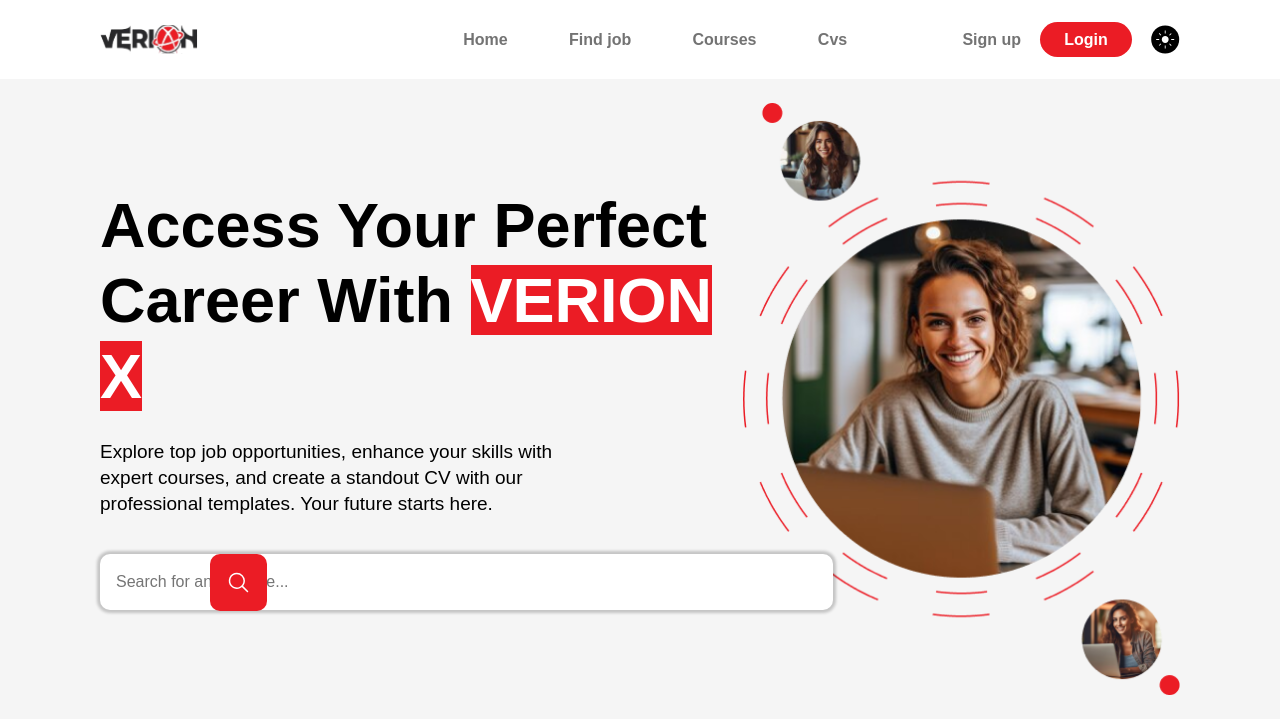
Repository: SahMenz/verionX
Page: /
The author's editor kept a copy of each file at every save. The page is drawn from the files as they stood at one save, then again after a run of saves.
The browser window is 1280 px wide. The pictures show the whole page.
The project was rebuilt for these pictures with package versions that can differ from the ones it lists, and the page was loaded fresh each time. Also part of the build but not shown: vite.config.js.

Above is the page before, as saved 2024-06-14 15:10:00.

### src/App.jsx
import './App.css'
import Home from './components/home/home'
import 'bootstrap/dist/css/bootstrap.min.css';

function App() {

  return (
    <>
      <div>
          <Home />
      </div>
    </>
  )
}

export default App

### src/index.css
button{
    outline: none;
    border: none;
  }

  input{
    border: none;
    outline: none;
  }

### src/App.css
*, *::before, *::after{
  padding: 0px;
  margin: 0px;
  box-sizing: border-box;
  font-family: "Rubik", sans-serif;
}
/* #root {
  max-width: 1280px;
  margin: 0 auto;
  padding: 2rem;
  text-align: center;
} */


/* BACKGROUND COLORS */

.bg-f5{
  background-color: #F5F5F5;
}
.bg-eb{
  background-color: #EB1C25;
}
.bg-ff{
  background-color: #fff;
}
.bg-d9{
  background-color: #D9D9D9;
  opacity: 20%;
}
.bg-00{
  background-color: #000;
}


/* FONT SIZES */

.txt-11{
  font-size: 11px;
}
.txt-13{
  font-size: 13px;
}
.txt-16{
  font-size: 16px;
}
.txt-19{
  font-size: 19px;
}
.txt-23{
  font-size: 23px;
}
.txt-45{
  font-size: 45px;
}
.txt-63{
  font-size: 63px;
}


/* TEXT COLOR */

.txt-eb{
  color:#EB1C25
}
.txt-f3{
  color: #737373
}
.txt-ff{
  color:#fff
}
.txt-00{
  color: #000;
}


/* FONT WEIGHT */

.fw-400{
  font-weight: 400;
}
.fw-500{
  font-weight: 500;
}
.fw-600{
  font-weight: 600;
}


/* LINE HEIGHT */

.lh-19{
  line-height: 19.2px;
}
.lh-75{
  line-height: 75.6px;
}
.lh-26{
  line-height: 26.38px;
}
.lh-22{
  line-height: 22.8px;
}
.lh-27{
  line-height: 27.6px;
}
.lh-15{
  line-height: 15.89px;
}
.lh-13{
  line-height: 13.2px;
}
.lh-54{
  line-height: 54px;
}
.lh-34{
  line-height: 34.5px;
}
.lh-67{
  line-height: 67.5px;
}
.lh-32{
  line-height: 32.2px;
}
.lh-18{
  line-height: 18.96px;
}

### src/components/home/home.jsx
import Navigation from "../navigation/navigation"
import Hero from "./hero/hero"

function Home() {
  return (
    <div >
        <Navigation />
        <Hero />
    </div>
  )
}

export default Home

### src/components/navigation/navigation.jsx
import logo from '../../assets/images/logo.svg'
import CustomSvg from '../customSvg/customSvg'
import './navigation.css'


function Navigation() {

  return (
    <div className="d-flex justify-content-between navContainer">
        <img src={logo} alt="" />
        <div className='d-none d-lg-flex navigationLink justify-content-between align-items-center'>
          <div className='d-flex justify-content-between align-items-center links'>
            <a href="#" className='small-txt lh-19 fw-600 text-decoration-none txt-f3'>Home</a>
            <a href="#" className='small-txt lh-19 fw-600 text-decoration-none txt-f3'>Find job</a>
            <a href="#" className='small-txt lh-19 fw-600 text-decoration-none txt-f3'>Courses</a>
            <a href="#" className='small-txt lh-19 fw-600 text-decoration-none txt-f3'>Cvs</a>
          </div>
          <div className='d-flex justify-content-between align-items-center switchmode'>
            <a href="#" className='small-txt lh-19 fw-600 text-decoration-none txt-f3'>Sign up</a>
            <a href="#" className='small-txt lh-19 fw-600 text-decoration-none txt-ff bg-eb px-4 py-2 rounded-5'>Login</a>
            <CustomSvg name="switchModes" className="cursor-pointer"/>
          </div>
        </div>
        <div className=' d-lg-none cursor-pointer' style={{width: "40px", height: "40px", display: 'flex', flexDirection: 'column', alignItems: "center", justifyContent: "center", gap: "5px"}}>
          <div style={{width : "30px", height:"3px", backgroundColor : 'black' }}></div>
          <div style={{width : "30px", height:"3px", backgroundColor : 'black' }}></div>
          <div style={{width : "30px", height:"3px", backgroundColor : 'black' }}></div>
        </div>
    </div>
  )
}

export default Navigation

### src/components/home/hero/hero.jsx
import accesYourPerfectImage from '../../../assets/images/accesYourPerfectImage.png';
import CustomSvg from '../../customSvg/customSvg';

function Hero() {
  return (
    <div className='d-flex align-items-center justify-content-between py-4 bg-f5' style={{padding: "0px 100px",}}>
        <div style={{width: "50vw", maxWidth:"800px"}}>
            <div className='txt-63 lh-75 txt-ff fw-600 txt-00' style={{width: "50vw", maxWidth:"733px"}}>Access Your Perfect Career With <span className='bg-eb fw-600 txt-ff'>VERION X</span></div>
            <div className='txt-00 lh-26 txt-19' style={{width:"39vw", maxWidth:"630px", padding:" 24px 0px 36px 0px"}}>
                Explore top job opportunities, enhance your skills with expert courses, and create a standout CV with our professional templates. Your future starts here.
            </div>
            <div className="search-container">
                <input type="text" placeholder="Search for any service..."  style={{position: "absolute",width: "733px", borderRadius:"10px", boxShadow: "0px 0px 3px 3px rgba(0, 0, 0, 0.2)"}} className='p-3'/>
                <button className="bg-eb p-3" style={{borderRadius:"10px", border:"none", position: "relative", left: "110px",}}><CustomSvg name="search" style={{borderRadius:"10px"}}/></button>
            </div>
            <div></div>
        </div>
        <img src={accesYourPerfectImage} style={{width: "35vw", maxWidth:"437px"}} alt="three images" />
    </div>
  )
}

export default Hero

### src/components/navigation/navigation.css
.navContainer{
    padding: 22px 100px;
    box-shadow: 0px 10px 10px 10px rgba(0, 0, 0, 0.2);
}

.navigationLink{
    width: 56vw;
    min-width: 600px;
    max-width: 888px;
}
.links{
    width: 30vw;
    min-width: 300px;
    max-width: 482px;
}
.switchmode{
    width: 17vw;
    min-width: 200px;
    max-width: 254px;
}
@media screen and (min-width:325px) and (max-width:988px) {
    .navContainer{
        padding: 18px 60px;
    }
}

Loaded but not shown: src/main.jsx (common file); src/components/customSvg/customSvg.jsx (186 lines, source omitted)

After the next 2 saves:
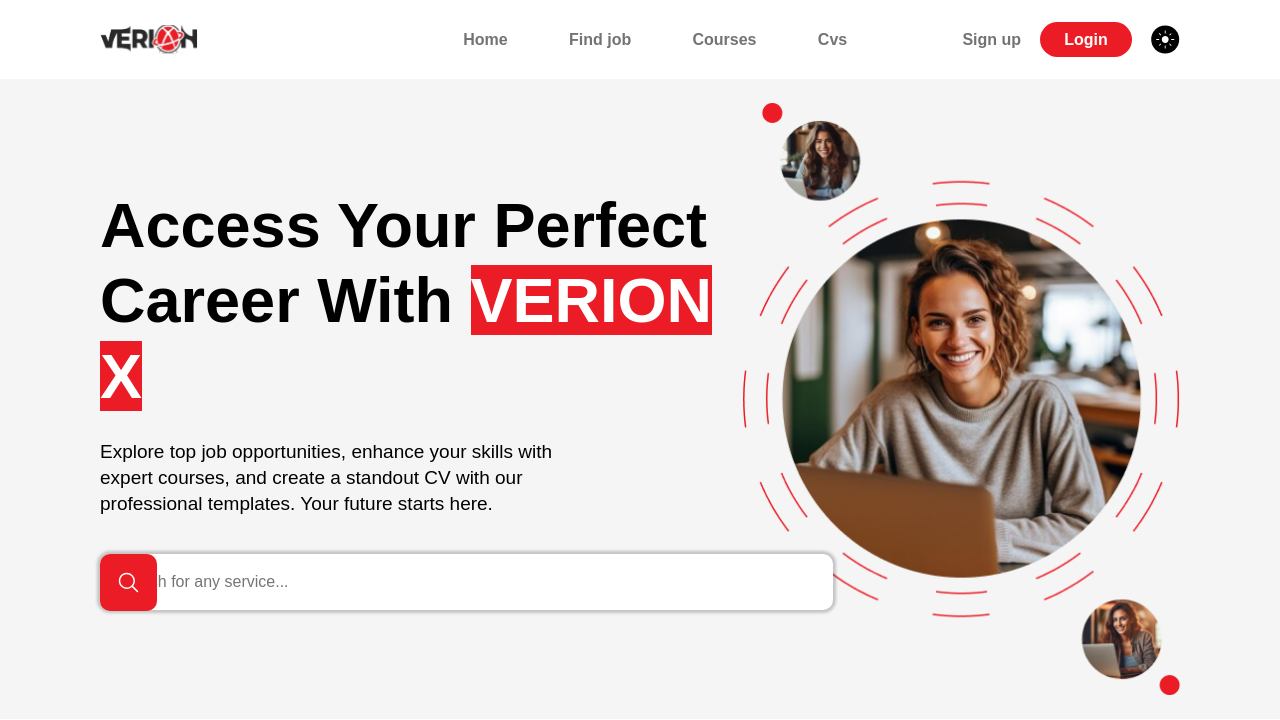
The 2 saves are shown as one change because they came seconds apart.
The last was saved 18 s later.
--- a/src/components/home/hero/hero.jsx
+++ b/src/components/home/hero/hero.jsx
@@ -11,7 +11,7 @@
             </div>
             <div className="search-container">
                 <input type="text" placeholder="Search for any service..."  style={{position: "absolute",width: "733px", borderRadius:"10px", boxShadow: "0px 0px 3px 3px rgba(0, 0, 0, 0.2)"}} className='p-3'/>
-                <button className="bg-eb p-3" style={{borderRadius:"10px", border:"none", position: "relative", left: "110px",}}><CustomSvg name="search" style={{borderRadius:"10px"}}/></button>
+                <button className="bg-eb p-3" style={{borderRadius:"10px", border:"none", position: "relative", right: "0px",}}><CustomSvg name="search" style={{borderRadius:"10px"}}/></button>
             </div>
             <div></div>
         </div>

After the 2 saves that followed:
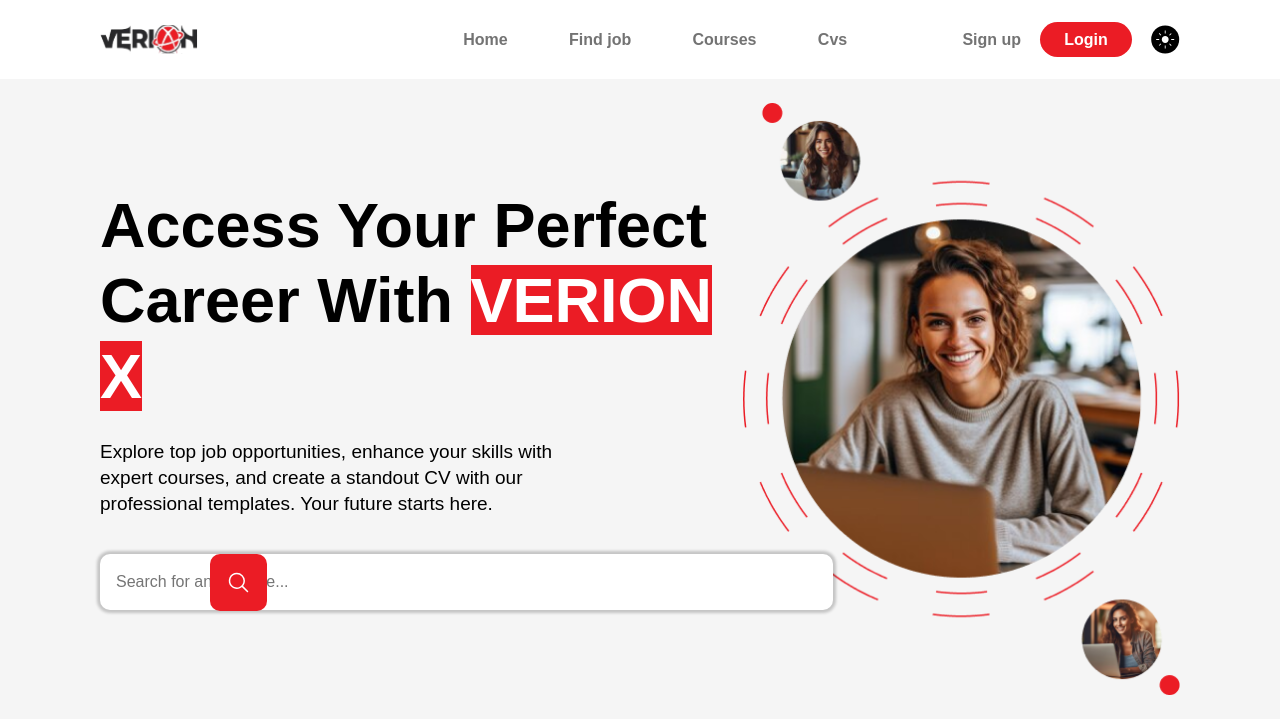
The 2 saves are shown as one change because 1 left the picture as it was.
The last was saved 9 s later.
--- a/src/components/home/hero/hero.jsx
+++ b/src/components/home/hero/hero.jsx
@@ -11,7 +11,7 @@
             </div>
             <div className="search-container">
                 <input type="text" placeholder="Search for any service..."  style={{position: "absolute",width: "733px", borderRadius:"10px", boxShadow: "0px 0px 3px 3px rgba(0, 0, 0, 0.2)"}} className='p-3'/>
-                <button className="bg-eb p-3" style={{borderRadius:"10px", border:"none", position: "relative", right: "0px",}}><CustomSvg name="search" style={{borderRadius:"10px"}}/></button>
+                <button className="bg-eb p-3" style={{borderRadius:"10px", border:"none", position: "relative", left: "110px",}}><CustomSvg name="search" style={{borderRadius:"10px"}}/></button>
             </div>
             <div></div>
         </div>
